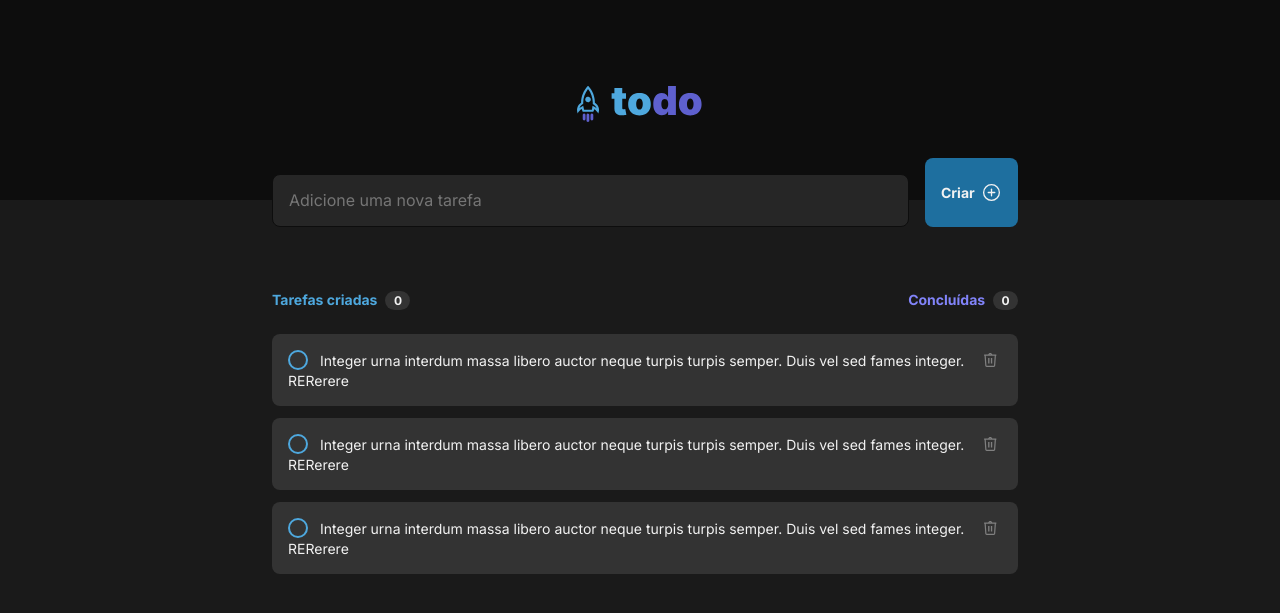
Repository: viniimartins/ToDoListROCKETSEAT
Page: /
The author's editor kept a copy of each file at every save. The page is drawn from the files as they stood at one save, then again after the next save.
The browser window is 1280 px wide. The pictures show the whole page.
The project was rebuilt for these pictures with package versions that can differ from the ones it lists, and the page was loaded fresh each time. Also part of the build but not shown: vite.config.ts.

Above is the page before, as saved 2023-05-08 14:33:14.

After the next save:
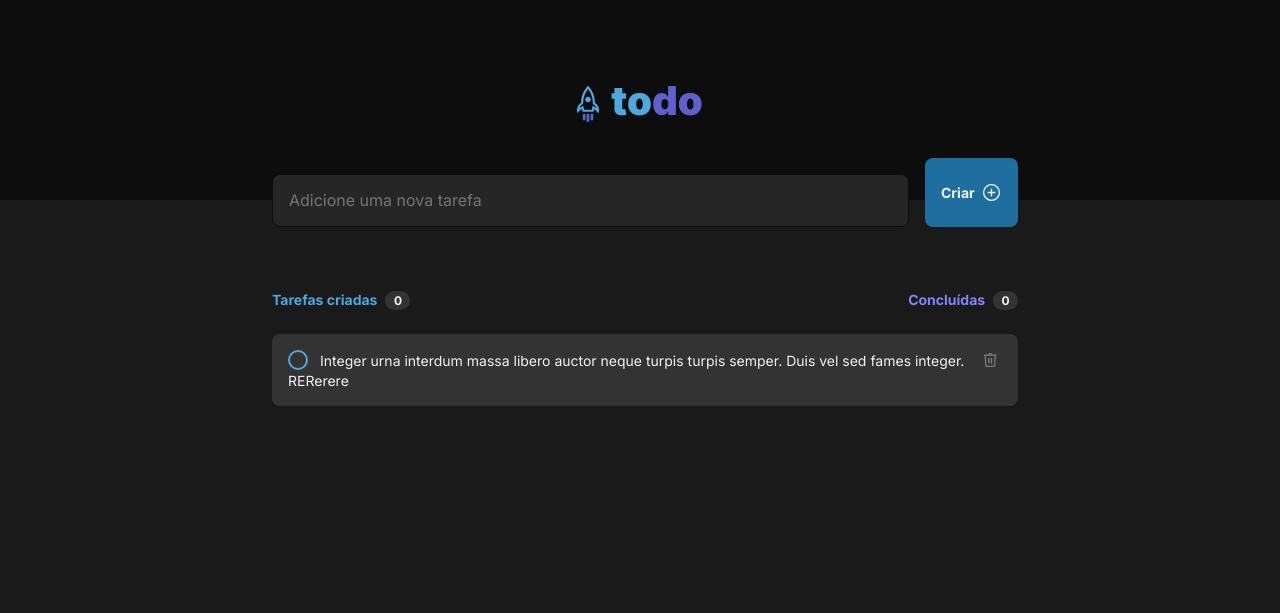
Saved 91 s later.
--- a/src/Components/Task.tsx
+++ b/src/Components/Task.tsx
@@ -25,8 +25,6 @@ export function Task() {
 
       <div>
           <TaskCreated />
-          <TaskCreated />
-          <TaskCreated />
 
       </div>
     </div>
